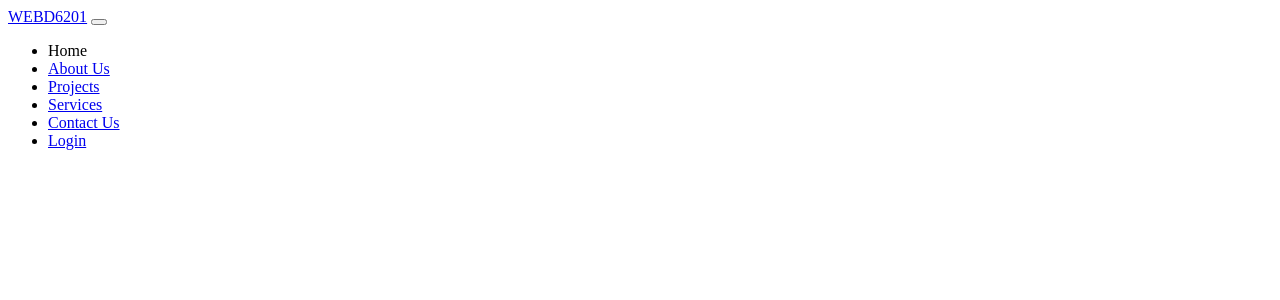
Repository: aphim/webd6201ICE6
Page: Views/Components/header.html
The author's editor kept a copy of each file at every save. The page is drawn from the files as they stood at one save, then again after the next save.
The browser window is 1280 px wide. The pictures show the whole page.

Above is the page before, as saved 2021-03-03 09:39:02.

After the next save:
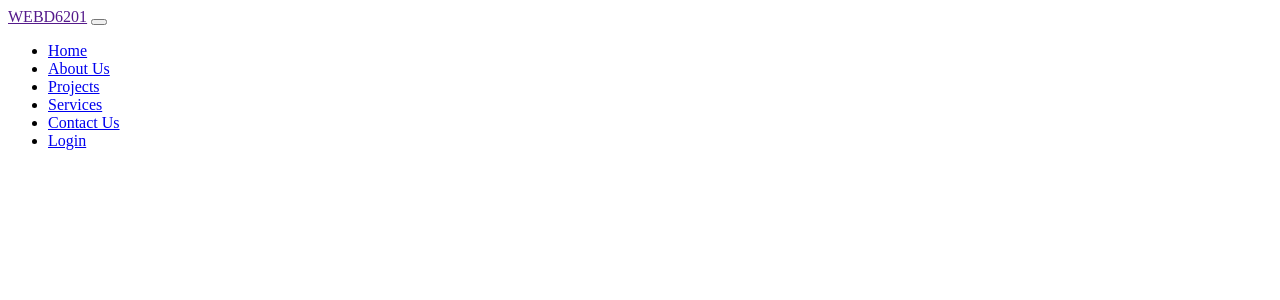
Saved 26 s later.
--- a/Views/Components/header.html
+++ b/Views/Components/header.html
@@ -1,14 +1,14 @@
  <!-- Main Navigation -->
  <nav class="navbar navbar-expand-lg navbar-dark bg-dark">
     <div class="container-fluid">
-      <a class="navbar-brand" href="#">WEBD6201</a>
+      <a class="navbar-brand" href="">WEBD6201</a>
       <button class="navbar-toggler" type="button" data-bs-toggle="collapse" data-bs-target="#navbarSupportedContent" aria-controls="navbarSupportedContent" aria-expanded="false" aria-label="Toggle navigation">
         <span class="navbar-toggler-icon"></span>
       </button>
       <div class="collapse navbar-collapse" id="navbarSupportedContent">
         <ul class="navbar-nav me-auto mb-2 mb-lg-0">
           <li class="nav-item">
-            <a id="home" class="nav-link" aria-current="page" ><i class="fas fa-home fa-lg"></i> Home</a>
+            <a id="home" class="nav-link" aria-current="page" href="#"><i class="fas fa-home fa-lg"></i> Home</a>
           </li>
 
           <li class="nav-item">
